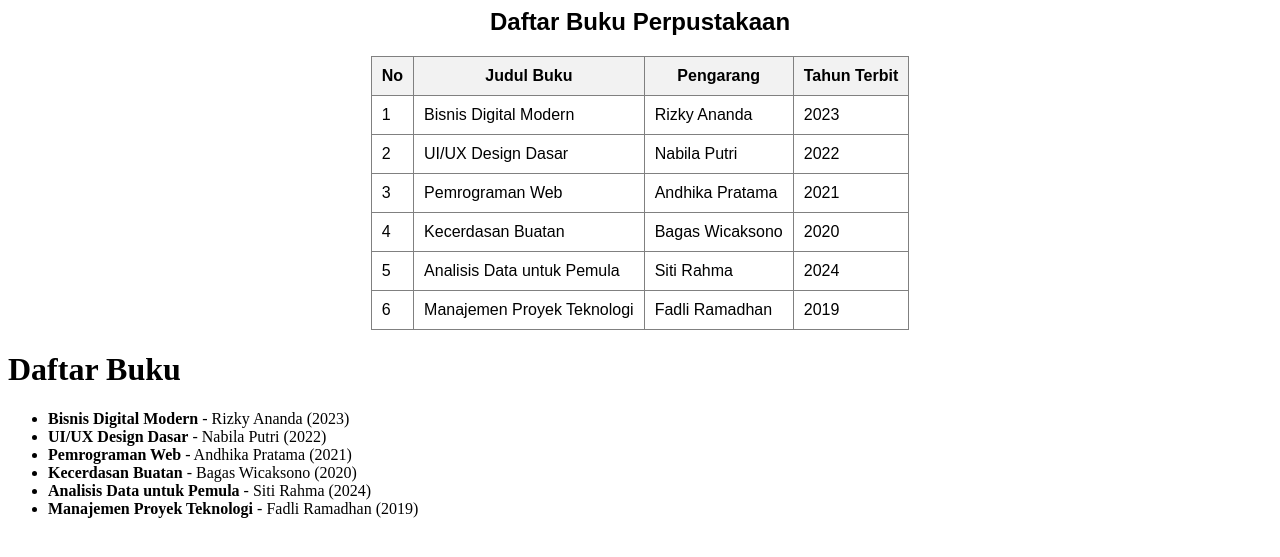
Repository: Bearli-py/latihan_PHP
Page: http://localhost/
An editor plug-in stored every save of this project. The page is shown before and after the next save, followed by the edit.
The browser window is 1280 px wide. The pictures show the whole page.
The page is run by PHP 8.4 with error messages shown; the project is at /var/www/html/.

Above is the page before, as saved 2025-10-21 15:02:35.

After the next save:
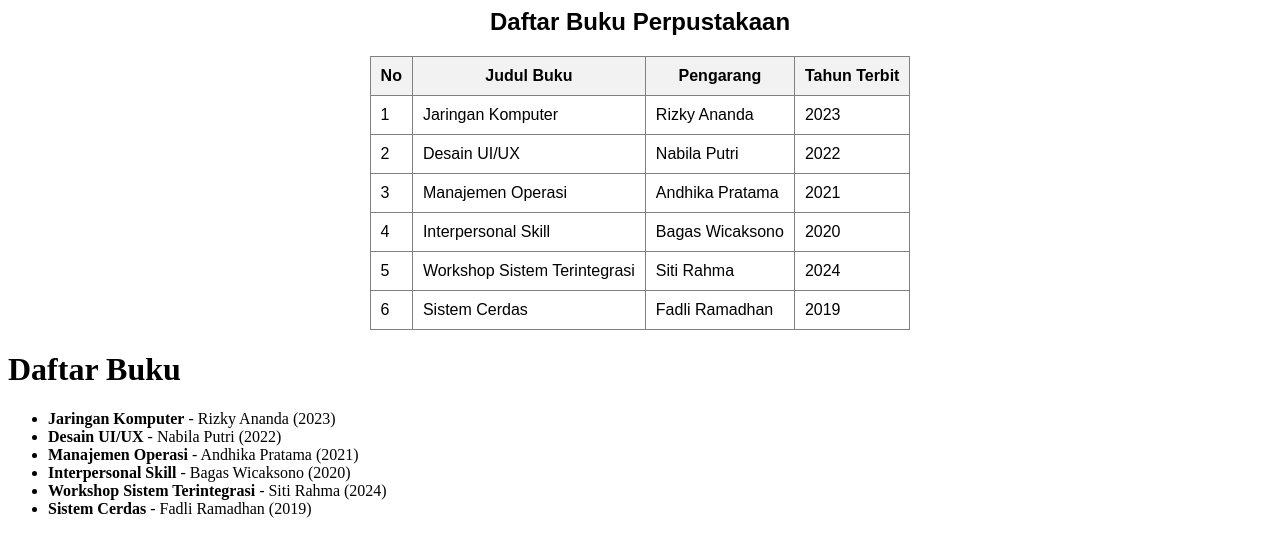
Saved 2 min 30 s later.
--- a/TUGAS-MVC/MODEL/buku.php
+++ b/TUGAS-MVC/MODEL/buku.php
@@ -12,12 +12,12 @@ class Buku {
 
     public static function semuaBuku() {
         // Tambahkan 6 data buku
-        $buku1 = new Buku("Bisnis Digital Modern", "Rizky Ananda", 2023);
-        $buku2 = new Buku("UI/UX Design Dasar", "Nabila Putri", 2022);
-        $buku3 = new Buku("Pemrograman Web", "Andhika Pratama", 2021);
-        $buku4 = new Buku("Kecerdasan Buatan", "Bagas Wicaksono", 2020);
-        $buku5 = new Buku("Analisis Data untuk Pemula", "Siti Rahma", 2024);
-        $buku6 = new Buku("Manajemen Proyek Teknologi", "Fadli Ramadhan", 2019);
+        $buku1 = new Buku("Jaringan Komputer", "Rizky Ananda", 2023);
+        $buku2 = new Buku("Desain UI/UX", "Nabila Putri", 2022);
+        $buku3 = new Buku("Manajemen Operasi", "Andhika Pratama", 2021);
+        $buku4 = new Buku("Interpersonal Skill", "Bagas Wicaksono", 2020);
+        $buku5 = new Buku("Workshop Sistem Terintegrasi", "Siti Rahma", 2024);
+        $buku6 = new Buku("Sistem Cerdas", "Fadli Ramadhan", 2019);
 
         return [$buku1, $buku2, $buku3, $buku4, $buku5, $buku6];
     }
